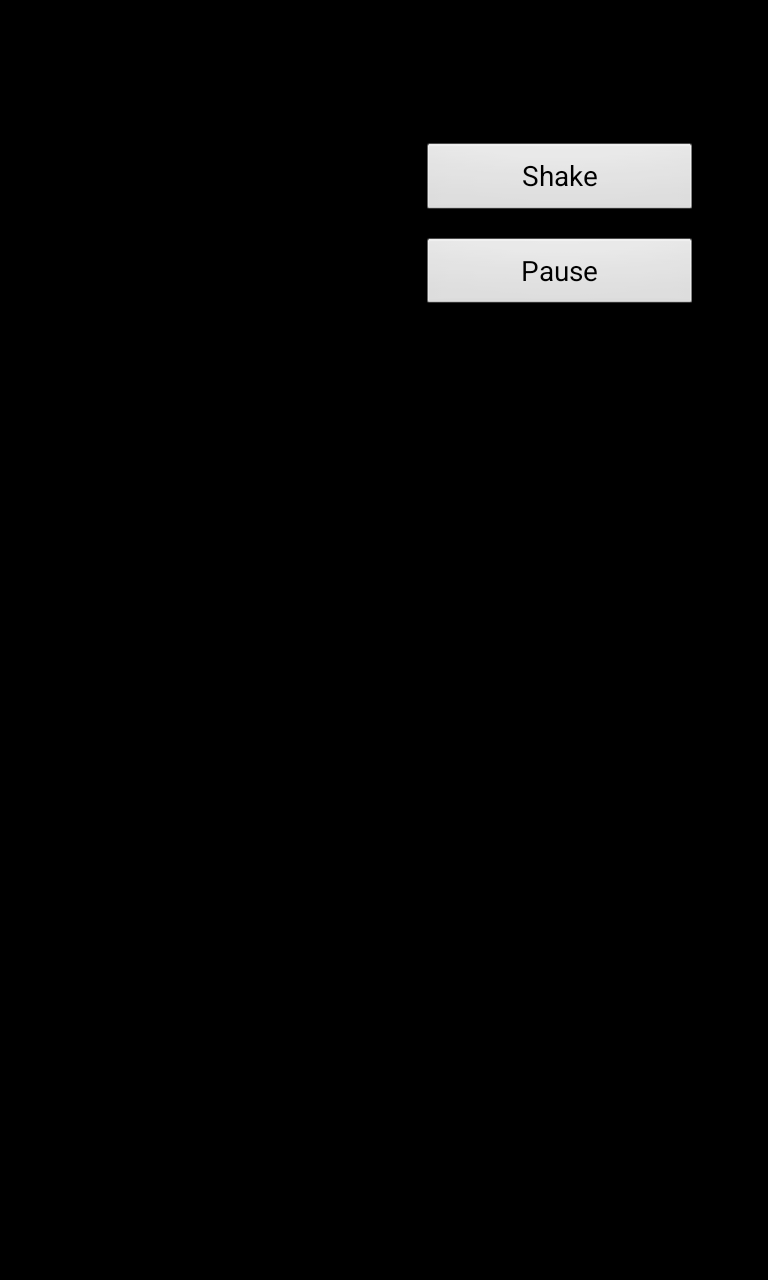
Repository: czxttkl/HelloMAD
Layout: edu.neu.madcourse.binbo.HelloMAD/res/layout/pb_game.xml
The author's editor kept a copy of each file at every save. The layout is drawn from the files as they stood at one save, then again after the next save.
It is drawn on a 768 x 1280 px phone screen (xhdpi) without system bars, with theme android:Theme; the app's code is not run. Lists and similar views that code fills are empty.

Above is the layout before, as saved 2012-10-20 21:13:41.

### edu.neu.madcourse.binbo.HelloMAD/res/layout/pb_game.xml
<?xml version="1.0" encoding="utf-8"?>
<LinearLayout xmlns:android="http://schemas.android.com/apk/res/android"
    android:layout_width="match_parent"
    android:layout_height="match_parent"
    android:orientation="vertical" >

    <!-- players info and time -->
    <LinearLayout xmlns:android="http://schemas.android.com/apk/res/android"
	    android:layout_width="fill_parent"
	    android:layout_height="wrap_content"
	    android:orientation="horizontal" >

        <!-- player1 info -->
        <LinearLayout xmlns:android="http://schemas.android.com/apk/res/android"
		    android:id="@+id/linearLayoutP1Info"
		    android:layout_width="100dip"
		    android:layout_height="fill_parent"
		    android:orientation="vertical" >

	        <TextView
	            android:id="@+id/pbgame_textViewName1"
	            android:layout_width="match_parent"
	            android:layout_height="wrap_content"
	            android:layout_weight="1"
	            android:layout_gravity="center"
	            android:gravity="center"
	            android:text="" />

	        <TextView
	            android:id="@+id/pbgame_textViewScore1"
	            android:layout_width="match_parent"
	            android:layout_height="wrap_content"
	            android:layout_weight="1"
	            android:layout_gravity="center"
	            android:gravity="center"
	            android:text="" />

	        <TextView
	            android:id="@+id/pbgame_textViewStatus1"
	            android:layout_width="match_parent"
	            android:layout_height="wrap_content"
	            android:layout_weight="1"
	            android:layout_gravity="center"
	            android:gravity="center"
	            android:text="" />

        </LinearLayout>
        <!-- end of player1 info -->

        <!-- time and best -->
        <LinearLayout xmlns:android="http://schemas.android.com/apk/res/android"
		    android:id="@+id/linearLayoutTime"
		    android:layout_width="100dip"
		    android:layout_height="fill_parent"
		    android:orientation="vertical" >

	        <TextView
	            android:id="@+id/pbgame_textViewTime"
	            android:layout_width="match_parent"
	            android:layout_height="wrap_content"
	            android:layout_weight="3"
	            android:layout_gravity="center"
	            android:gravity="center"
	            android:text="" />

	        <TextView
	            android:id="@+id/pbgame_textViewBest"
	            android:layout_width="match_parent"
	            android:layout_height="wrap_content"
	            android:layout_weight="1"
	            android:layout_gravity="center"
	            android:gravity="center"
	            android:text="" />

        </LinearLayout>
        <!-- end of time and best -->

        <!-- player2 info -->
        <LinearLayout xmlns:android="http://schemas.android.com/apk/res/android"
		    android:id="@+id/linearLayoutP2Info"
		    android:layout_width="100dip"
		    android:layout_height="fill_parent"
		    android:orientation="vertical" >

	        <TextView
	            android:id="@+id/pbgame_textViewName2"
	            android:layout_width="match_parent"
	            android:layout_height="wrap_content"
	            android:layout_weight="1"
	            android:layout_gravity="center"
	            android:gravity="center"
	            android:text="" />

	        <TextView
	            android:id="@+id/pbgame_textViewScore2"
	            android:layout_width="match_parent"
	            android:layout_height="wrap_content"
	            android:layout_weight="1"
	            android:layout_gravity="center"
	            android:gravity="center"
	            android:text="" />

	        <TextView
	            android:id="@+id/pbgame_textViewStatus2"
	            android:layout_width="match_parent"
	            android:layout_height="wrap_content"
	            android:layout_weight="1"
	            android:layout_gravity="center"
	            android:gravity="center"
	            android:text="" />

        </LinearLayout>
        <!-- end of player2 info -->

    </LinearLayout>
    <!-- end of players info and time -->

    <!-- player1 word list and buttons -->
    <LinearLayout xmlns:android="http://schemas.android.com/apk/res/android"
	    android:layout_width="fill_parent"
	    android:layout_height="100dip"
	    android:orientation="horizontal" >

        <!-- word list -->
        <ListView
            android:id="@+id/pbgame_listViewWords"
            android:layout_width="210dip"
     		android:layout_height="fill_parent" />

        <!-- buttons for controlling -->
        <LinearLayout
            xmlns:android="http://schemas.android.com/apk/res/android"
            android:id="@+id/linearLayoutControl"
            android:layout_width="140dip"
            android:layout_height="fill_parent"
            android:layout_gravity="bottom"
            android:orientation="vertical" >

            <TextView
                android:id="@+id/textViewTime"
                android:textSize="30sp"
                android:layout_width="fill_parent"
                android:layout_height="wrap_content"
                android:layout_gravity="center"
                android:layout_weight="4"
                android:layout_marginBottom="8dip"
                android:gravity="center"
                android:text="@string/boggle_time_label" />

            <Button
                android:id="@+id/boggle_shake_button"
                android:layout_width="fill_parent"
                android:layout_height="wrap_content"
                android:layout_gravity="center"
                android:layout_weight="1"
                android:layout_marginBottom="8dip"
                android:text="@string/boggle_shake_label" />

            <Button
                android:id="@+id/boggle_pause_button"
                android:layout_width="fill_parent"
                android:layout_height="wrap_content"
                android:layout_weight="1"
                android:text="@string/boggle_pause_label" />

        </LinearLayout>

    </LinearLayout>
    <!-- end of player1 word list and buttons -->

</LinearLayout>

### edu.neu.madcourse.binbo.HelloMAD/res/values/strings.xml
<?xml version="1.0" encoding="utf-8" standalone="no"?>
<resources>
    <string name="hello">Hello World, HelloMAD!</string>
    <string name="app_name">NUMAD-BinBo</string>
    <string name="main_title">Bin Bo</string>
    <string name="sudoku_lable">Sudoku</string>
    <string name="boggle_label">Boggle</string>
    <string name="error_label">Generate Error</string>
    <string name="quit_lable">Quit</string>
    <string name="about_title">Team Member</string>
    <string name="about_lable">About</string>
    <string name="about_text">\
		Name: Bin Bo\n
		Email: bigbugbb@gmail.com\n
		Version: 1.0.0\n
		Phone ID: none\n
	</string>
    <string name="sudoku_continue_label">Continue</string>
    <string name="sudoku_new_game_label">New Game</string>
    <string name="sudoku_about_label">About</string>
    <string name="sudoku_exit_label">Exit</string>
    <string name="sudoku_about_title">About Android Sudoku</string>
    <string name="sudoku_about_text">\
		Sudoku is a logic-based number placement puzzle.
		Starting with a partially completed 9x9 grid, the
		objective is to fill the grid so that each
		row, each column, and each of the 3x3 boxes
		(also called <i>blocks</i>) contains the digits
		1 to 9 exactly once.
	</string>
    <string name="sudoku_game_name">Sudoku</string>
    <string name="sudoku_title">Android Sudoku</string>
    <string name="sudoku_settings_label">Settings...</string>
    <string name="sudoku_settings_title">Sudoku settings</string>
    <string name="sudoku_settings_shortcut">s</string>
    <string name="sudoku_music_title">Music</string>
    <string name="sudoku_music_summary">Play background music</string>
    <string name="sudoku_hints_title">Hints</string>
    <string name="sudoku_hints_summary">Show hints during play</string>
    <string name="sudoku_new_game_title">Difficulty</string>
    <string name="sudoku_easy_label">Easy</string>
    <string name="sudoku_medium_label">Medium</string>
    <string name="sudoku_hard_label">Hard</string>
    <string name="sudoku_game_title">Sudoku</string>
    <string name="sudoku_no_moves_label">No moves</string>
    <string name="sudoku_keypad_title">Keypad</string>
    <string name="boggle_title">Android Boggle</string>
    <string name="boggle_continue_label">Continue</string>
    <string name="boggle_new_game_label">New Game</string>
    <string name="boggle_about_label">About</string>
    <string name="boggle_acknowledge_label">Acknowledge</string>
    <string name="boggle_exit_label">Exit</string>
    <string name="boggle_shake_label">Shake</string>
    <string name="boggle_pause_label">Pause</string>
    <string name="boggle_resume_label">Resume</string>
    <string name="boggle_score_label">Score:</string>
    <string name="boggle_best_score_label">Best:</string>
    <string name="boggle_time_label">Time Left</string>
    <string name="boggle_about_title">About Android Boggle</string>
    <string name="boggle_about_text">\
		The game begins by shaking a covered tray of sixteen cubic dice,
		each with a different letter printed on each of its sides. The
		dice settle into a 4x4 tray so that only the top letter of each
		cube is visible. After they have settled into the grid, a three-minute
		sand timer is started and all players simultaneously begin the main phase of play.
	</string>
    <string name="boggle_acknowledge_title">Acknowledge Android Boggle</string>
    <string name="boggle_acknowledge_text">\
		The background music was download from a Chinese
		web site a long time ago. The huffman code is from an old project.
	</string>
	<string name="pbsignup_title">""</string>
	<string name="pbmain_title">""</string>
	<string name="pbinvite_title">""</string>
	<string name="pbgame_title">""</string>
	<string name="pbrank_title">""</string>
	<string name="pbresult_title">""</string>
	<string name="pboption_title">""</string>
	<string name="pbacknowledge_title">""</string>
	<string name="pbabout_title">""</string>
</resources>

After the next save:
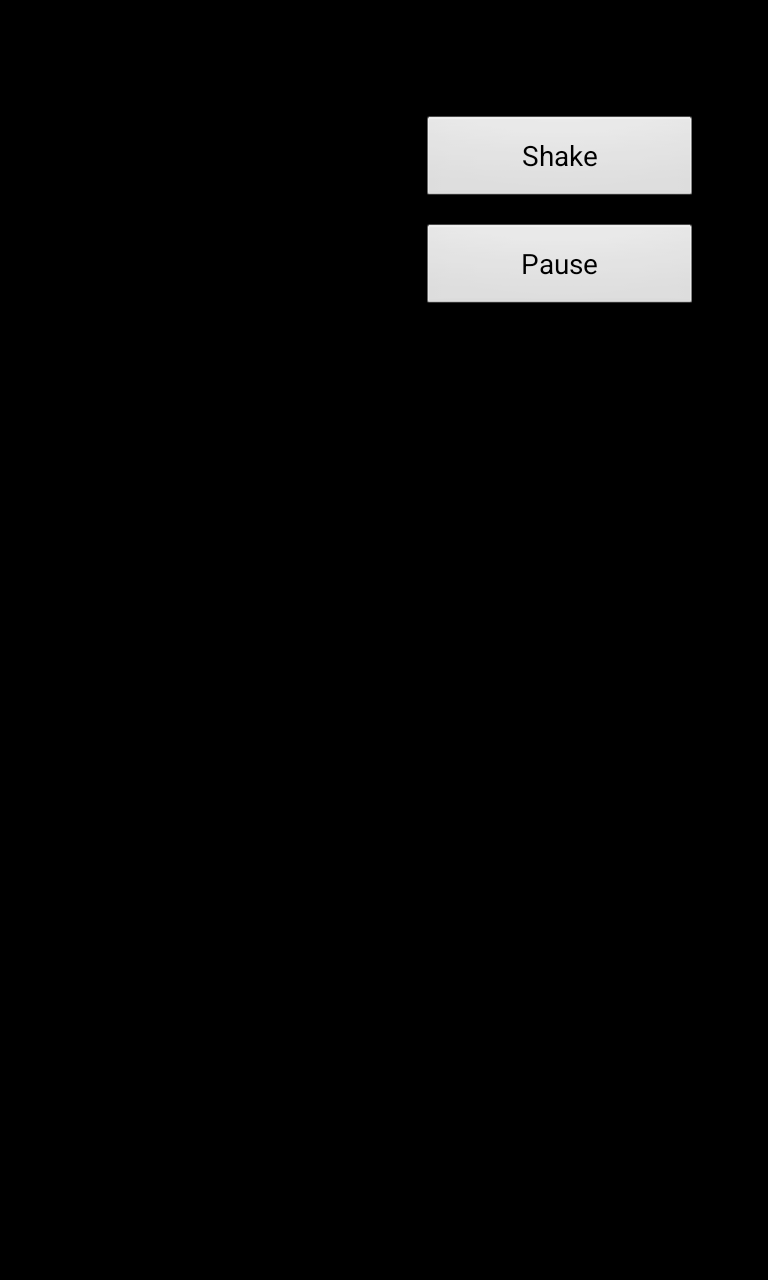
Saved 44 s later.
--- a/edu.neu.madcourse.binbo.HelloMAD/res/layout/pb_game.xml
+++ b/edu.neu.madcourse.binbo.HelloMAD/res/layout/pb_game.xml
@@ -133,19 +133,8 @@
             android:id="@+id/linearLayoutControl"
             android:layout_width="140dip"
             android:layout_height="fill_parent"
-            android:layout_gravity="bottom"
+            android:layout_gravity="center"
             android:orientation="vertical" >
-
-            <TextView
-                android:id="@+id/textViewTime"
-                android:textSize="30sp"
-                android:layout_width="fill_parent"
-                android:layout_height="wrap_content"
-                android:layout_gravity="center"
-                android:layout_weight="4"
-                android:layout_marginBottom="8dip"
-                android:gravity="center"
-                android:text="@string/boggle_time_label" />
 
             <Button
                 android:id="@+id/boggle_shake_button"
@@ -164,6 +153,7 @@
                 android:text="@string/boggle_pause_label" />
 
         </LinearLayout>
+        <!-- end of buttons for controlling -->
 
     </LinearLayout>
     <!-- end of player1 word list and buttons -->
